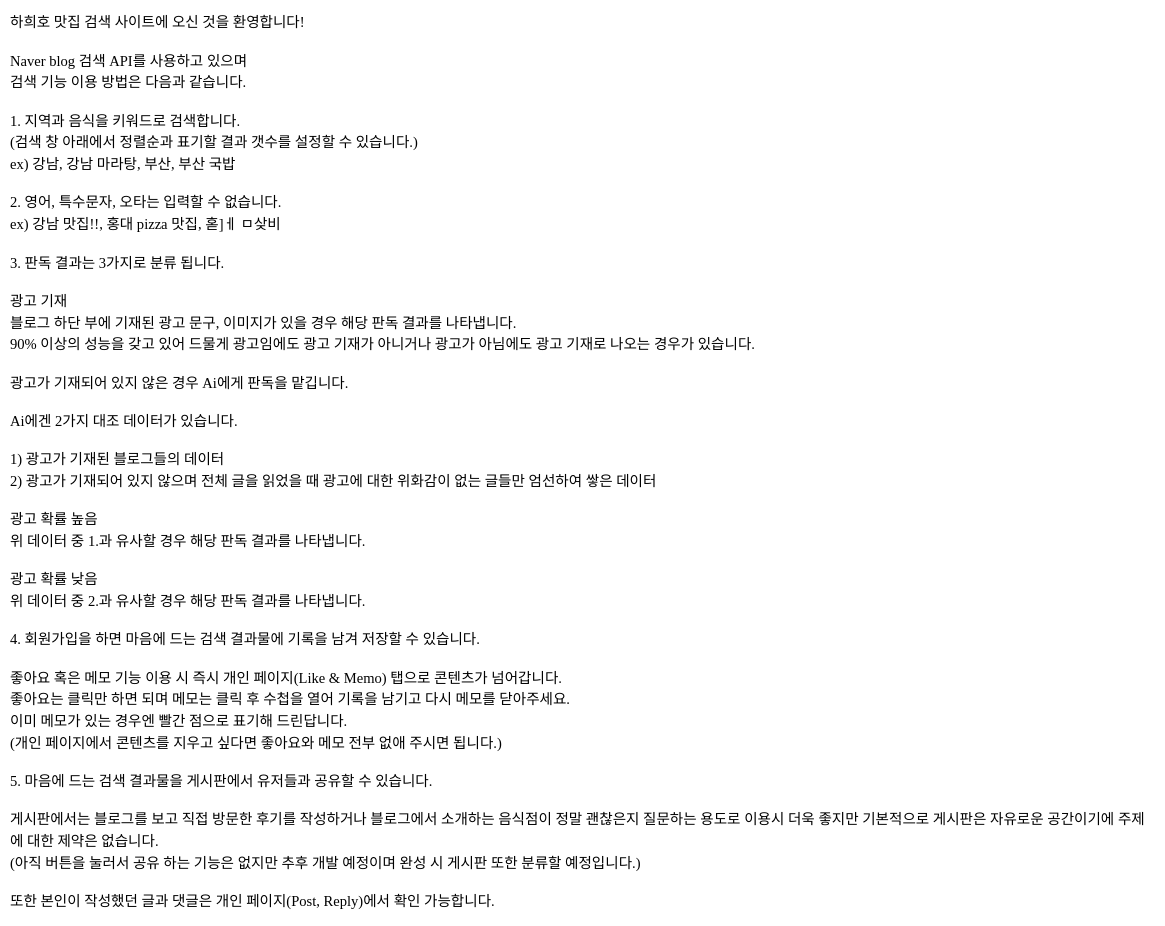
Repository: GOHO97/Haheeho
Page: http://localhost/Haheeho_Adblock/WEB-INF/views/main/main.jsp
An editor plug-in stored every save of this project. The page is shown before and after the next save, followed by the edit.
The browser window is 1280 px wide. The pictures show the whole page, at 91% of full size.
The page is served by Tomcat 9. Nobody is signed in. The template is opened directly, without the code that normally fills it, so the values that code supplies are empty.

Above is the page before, as saved 2022-11-11 05:09:58.

After the next save:
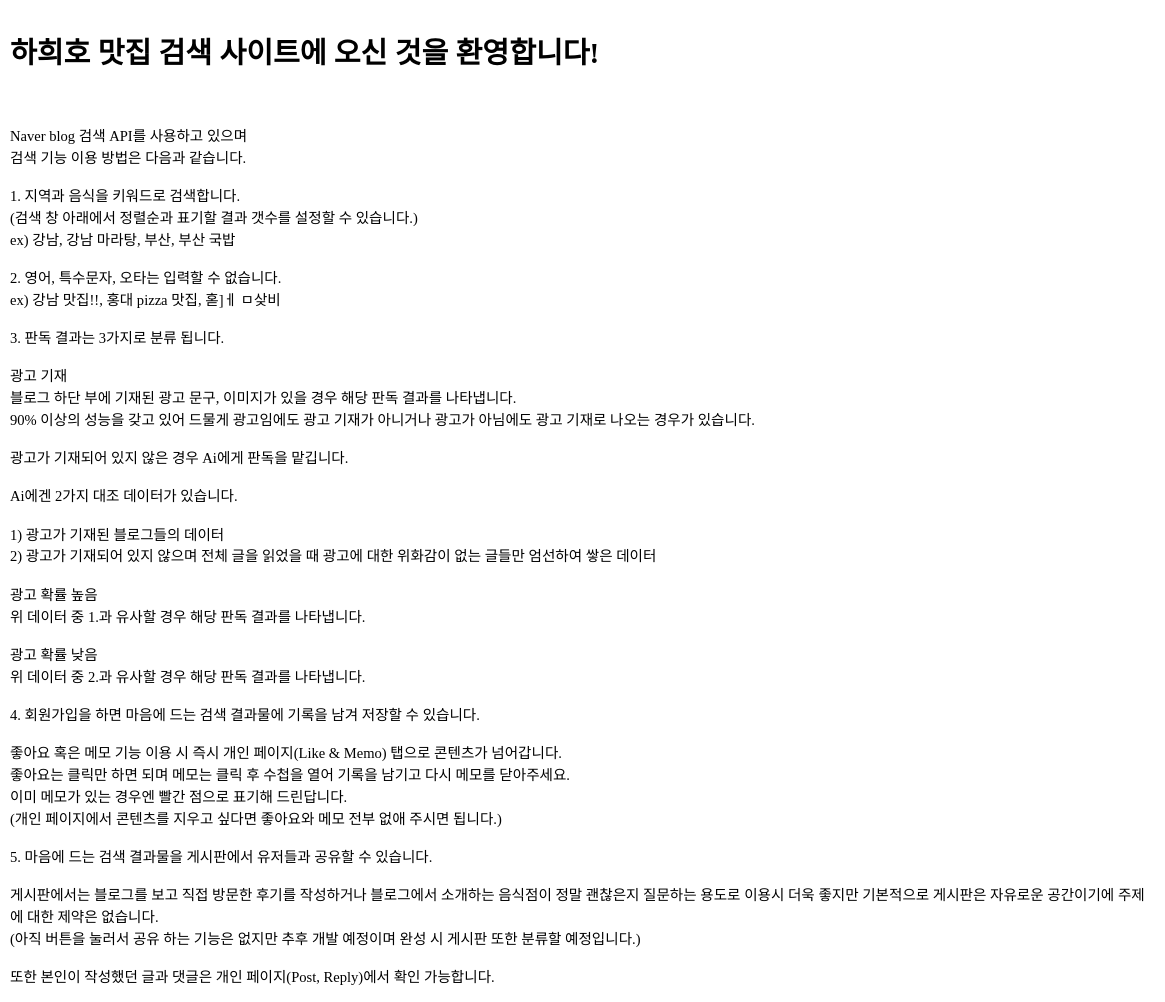
Saved 37 s later.
--- a/Haheeho_Adblock/src/main/webapp/WEB-INF/views/main/main.jsp
+++ b/Haheeho_Adblock/src/main/webapp/WEB-INF/views/main/main.jsp
@@ -12,7 +12,7 @@
 		<table>
 			<tr>
 				<td>
-					하희호 맛집 검색 사이트에 오신 것을 환영합니다!<br>
+					<h1>하희호 맛집 검색 사이트에 오신 것을 환영합니다!</h1><br>
 					<br>
 					Naver blog 검색 API를 사용하고 있으며<br>
 					검색 기능 이용 방법은 다음과 같습니다.<br>
